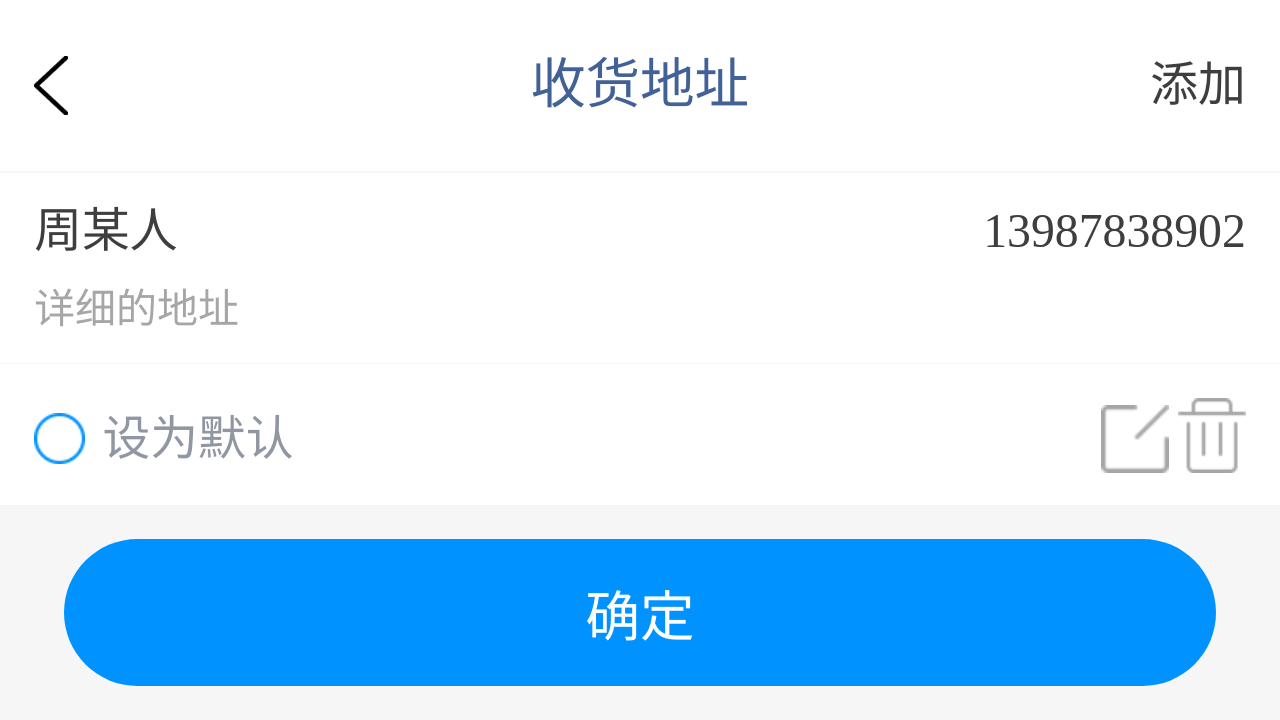
Repository: 421538074/sell
Page: consumer/address-list.html
The author's editor kept a copy of each file at every save. The page is drawn from the files as they stood at one save, then again after the next save.
The browser window is 1280 px wide. The pictures show the whole page.
An inner scrolling area shows only its first screen.

Above is the page before, as saved 2019-06-03 17:16:45.

### consumer/address-list.html
<!DOCTYPE html>
<html lang="en">

<head>
    <meta charset="UTF-8">
    <meta name="viewport" content="width=device-width, initial-scale=1.0">
    <meta http-equiv="X-UA-Compatible" content="ie=edge">
    <title>收货地址</title>
    <link rel="stylesheet" href="../css/base.css">
    <link rel="stylesheet" href="css/common.css">
    <link rel="stylesheet" href="css/address-list.css">
</head>

<body>
    <div id="app" class="content">
        <nav class="nav-bar-wrapper">
            <img @click="back" src="../img/back.png" class="back-icon">
            <p class="nav-bar-title">收货地址</p>
            <p @click="linkTo('manage-address.html?type=add')" class="management">添加</p>
        </nav>
        <ul class="address-wrapper">
            <li v-for="n in 7" class="address-item">
                <p class="user-info-wrapper">
                    <span class="username">周某人</span>
                    <span class="phone">13987838902</span>
                </p>
                <p class="detail-address">
                    详细的地址
                </p>
                <p class="set-default-wrapper" :class="{active:currendDefault == n}">
                    <span class="set-operation">
                        <img v-if="currendDefault != n" src="../img/按钮1.png" class="set-default-icon">
                        <img v-else src="../img/checked.png" class="set-default-icon">
                        <i class="set-default-title">设为默认</i>
                    </span>
                    <span class="operation-group">
                        <img src="../img/edit.png" class="edit-delete-icon">
                        <img src="../img/delete.png" class="edit-delete-icon">
                    </span>
                </p>
            </li>
        </ul>
        <div class="confirm-wrapper">
            <button class="confirm-add">
                确定
            </button>
        </div>
    </div>
    <script src="../js/api.js"></script>
    <script src="../js/jquery.min.js"></script>
    <script src="../js/vue.js"></script>
    <script src="js/vue-mixin.js"></script>
    <script src="js/address-list.js"></script>
</body>

</html>

### css/base.css
/* http://meyerweb.com/eric/tools/css/reset/
   v2.0 | 20110126
   License: none (public domain)
*/

html,
body,
div,
span,
applet,
object,
iframe,
h1,
h2,
h3,
h4,
h5,
h6,
p,
blockquote,
pre,
a,
abbr,
acronym,
address,
big,
cite,
code,
del,
dfn,
em,
img,
ins,
kbd,
q,
s,
samp,
small,
strike,
strong,
sub,
sup,
tt,
var,
b,
u,
i,
center,
dl,
dt,
dd,
ol,
ul,
li,
fieldset,
form,
label,
legend,
table,
caption,
tbody,
tfoot,
thead,
tr,
th,
td,
article,
aside,
canvas,
details,
embed,
figure,
figcaption,
footer,
header,
hgroup,
menu,
nav,
output,
ruby,
section,
summary,
time,
mark,
audio,
video {
    margin: 0;
    padding: 0;
    border: 0;
    font-size: 100%;
    font: inherit;
    vertical-align: baseline;
}

/* HTML5 display-role reset for older browsers */
article,
aside,
details,
figcaption,
figure,
footer,
header,
hgroup,
menu,
nav,
section {
    display: block;
}

body {
    line-height: 1;
}

ol,
ul {
    list-style: none;
}

blockquote,
q {
    quotes: none;
}

blockquote:before,
blockquote:after,
q:before,
q:after {
    content: '';
    content: none;
}

table {
    border-collapse: collapse;
    border-spacing: 0;
}


body,
html {
    font-size: calc(100vw / 37.5) !important;
    font-family: PingFangSC-Medium;
    background: #F2F2F2;
}


[v-cloak] {
    display: none;
}


hr {
    margin: 0;
    padding: 0;
}

.clearfix {
    zoom: 1;
}

.clearfix:after {
    content: ".";
    display: block;
    visibility: hidden;
    height: 0;
    clear: both;
}

[v-cloak] {
    display: none;
}

### consumer/css/common.css
*{
    box-sizing: border-box;
}
html,body{
    background: #f6f6f6;
}
html,body,div.content{
    height: 100%;
}
/*底部菜单栏*/
nav.tool-bar-wrapper {
    height: 5rem;
    background: #ffffff;
    display: flex;
    align-items: center;
    justify-content: space-around;
}
a.nav-item {
    color: #888888;
    text-decoration: none;
    font-size: 1.5rem;
    display: flex;
    flex-direction: column;
    align-items: center;
    justify-content: space-around;
    height: 90%;
}
a.nav-item.active{
    color: #0093FF;
}
img.nav-item-icon{
    width: 1.5rem;
    height: 1.5rem;
}
.ellipsis{
    overflow: hidden;
    white-space: nowrap;
    text-overflow: ellipsis;
}
/*顶部返回栏 */
nav.nav-bar-wrapper {
    background: #FFFFFF;
    height: 5rem;
    display: flex;
    align-items: center;
    justify-content: space-around;
    position: fixed;
    width: 100%;
    top: 0;
    z-index: 2;
    font-size: 1.6rem;
    color: #426196;
}
img.back-icon {
    position: absolute;
    width: 1rem;
    left: 1rem;
}

### consumer/css/address-list.css
div.content{
    padding-top: 5rem;
}
.confirm-wrapper {
    position: fixed;
    width: 100%;
    bottom: 0;
    background: #f6f6f6;
}
button.confirm-add {
    background: #0093FF;
    border: none;
    outline: 0;
    color: #FFFFFF;
    width: 90%;
    display: block;
    margin: 1rem auto;
    padding: 1rem;
    border-radius: 10rem;
    font-size: 1.6rem;
}
p.management {
    position: absolute;
    right: 1rem;
    color: #3E3E3E;
    font-size: 1.4rem;
}
ul.address-wrapper {
    background: #f6f6f6;
    border-top: 2px solid #f6f6f6;
    height: calc(100vh - 10rem);
    overflow: scroll;
}
li.address-item {
    background: #FFFFFF;
    margin-bottom: 0.5rem;
    padding: 1rem;
}
span.username,span.phone {
    color: #3E3E3E;
    font-size: 1.4rem;
}
p.user-info-wrapper {
    display: flex;
    align-items: center;
    justify-content: space-between;
}
p.detail-address {
    color: #A6A6A6;
    font-size: 1.2rem;
    padding: 1rem 0;
    position: relative;
}
p.detail-address::after{
    content: '';
    position: absolute;
    width: 100vw;
    bottom: 0;
    left: -1rem;
    height: 1px;
    background: #f6f6f6;
}
p.set-default-wrapper {
    display: flex;
    align-items: center;
    justify-content: space-between;
    margin-top: 1rem;
}
img.set-default-icon {
    width: 1.5rem;
    height: auto;
}
img.edit-delete-icon {
    width: 2rem;
    height: auto;
}
span.set-operation {
    display: flex;
    align-items: center;
    justify-content: space-around;
}
.set-default-wrapper i.set-default-title {
    color: #9097A3;
    font-size: 1.4rem;
    margin-left: 0.5rem;
}
.set-default-wrapper.active i.set-default-title {
    color: #0093FF;
    font-size: 1.4rem;
    margin-left: 0.5rem;
}

### js/api.js
function getUrlKey(name) {
    return decodeURIComponent((new RegExp('[?|&]' + name + '=' + '([^&;]+?)(&|#|;|$)').exec(location.href) || [, ""])[1].replace(/\+/g, '%20')) || null;
}


// window.warn = {
//     alert: function alert(msg) {
//         var template = `
// `
//         $('body').append(template);
//         $('.alert-body').animate({
//             top: "40px"
//         }, 200);
//         // setTimeout(function () {
//         //     warn.close();
//         // }, 1500);
//     },
//     close: function close() {
//         $('.alert-body').animate({
//             top: "-280px"
//         }, 200);
//         setTimeout(function () {
//             $('#alert-msg').remove();
//         }, 200);
//     }
// };

### consumer/js/vue-mixin.js
Vue.mixin({
    methods: {
        /**
         * 返回
         */
        back() {
            history.go(-1);
        },
        /**
         * 限制长度
         * @param {String} 要限制长度的字段
         * @param {Number} 长度
         */
        limitLength(key, length) {
            this[key] = this[key].substring(0, length);
        },
        /**
         * 验证11位手机号
         * @param {Number} phone
         */
        validatePhone(phone) {
            const phoneReg = /^[1-9][0-9]{9}[0-9]$/;
            return phoneReg.test(phone);
        },
        /**
         * 发送手机验证码
         * @param {Number} waitTimeKey 等待时间键名
         * @param {String} tipsKey 发送验证码显示的信息的键名
         * @param {String} phoneKey 手机号键名
         * @param {String} reSendMsg  按钮默认显示的文字
         */
        sendCode(waitTimeKey, tipsKey, phoneKey, defaultMsg) {
            if (!this.validatePhone(this[phoneKey])) {
                alert('无效手机号!');
                return;
            }
            if (this[waitTimeKey] == 60) {
                $.post('', {
                        phone: this[phoneKey]
                    }, (res) => {
                        if (res.status == 1) {
                            const interval = setInterval(() => {
                                if (this[waitTimeKey] == 1) {
                                    this[waitTimeKey] = 60;
                                    this[tipsKey] = defaultMsg;
                                    clearInterval(interval);
                                    return;
                                }
                                this[waitTimeKey] -= 1;
                                this[tipsKey] = `${this[waitTimeKey]}s`;
                            }, 1000);
                        } else {
                            alert('发送失败!');
                        }
                    }, 'json')
                    .fail(err => {
                        alert('服务器异常!');
                    });
            }
        },
        /**
         * 链接跳转
         * @param {String} url
         */
        linkTo(url) {
            window.location.href = url;
        },
        /**
         * 获得URL参数
         */
        getParams() {
            var list = location.search.substring(1).split('&');
            var param = {};
            list.forEach(function (value) {
                var temp = value.split('=');
                param[temp[0]] = temp[1];
            });
            return param;
        }
    },
    filters: {

    }
})

### consumer/js/address-list.js
new Vue({
    el:'#app',
    data() {
        return {
            currendDefault:2
        }
    },
    methods: {

    },
});

Loaded but not shown: js/jquery.min.js (library); js/vue.js (library)

After the next save:
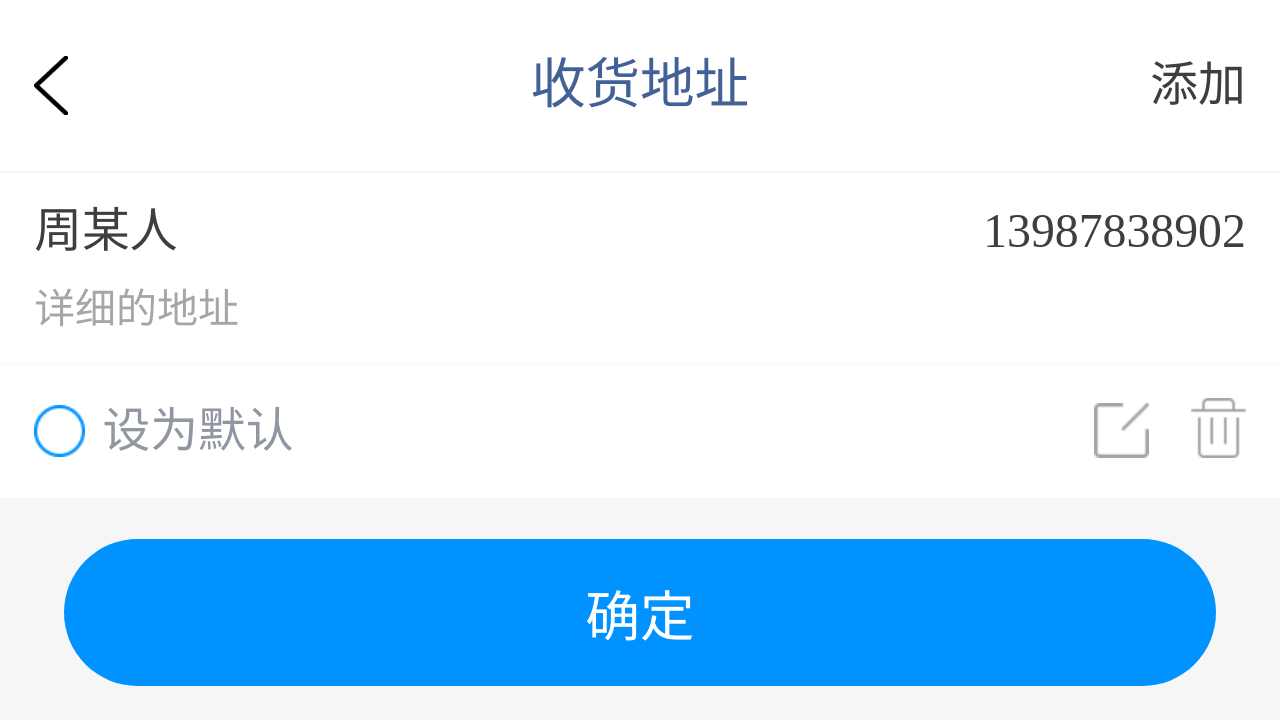
Saved 31 s later.
--- a/consumer/css/address-list.css
+++ b/consumer/css/address-list.css
@@ -71,8 +71,9 @@ img.set-default-icon {
     height: auto;
 }
 img.edit-delete-icon {
-    width: 2rem;
+    width: 1.6rem;
     height: auto;
+    margin-left: 1rem;
 }
 span.set-operation {
     display: flex;
